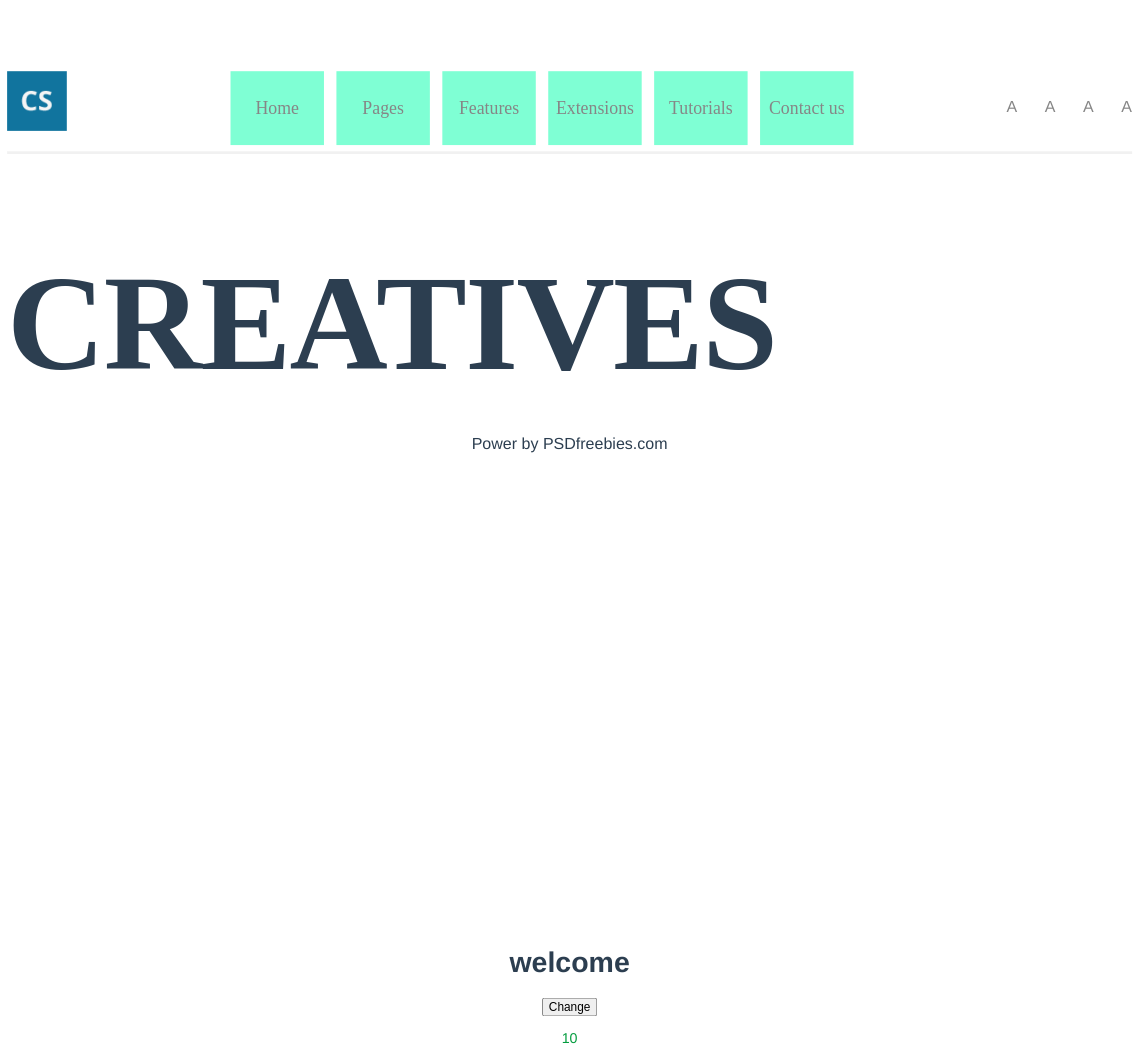
Repository: joker506/Creatives
Page: /
An editor plug-in stored every save of this project. The page is shown before and after the next save, followed by the edit.
The browser window is 1280 px wide. The pictures show the whole page, at 89% of full size.
The project was rebuilt for these pictures with package versions that can differ from the ones it lists, and the page was loaded fresh each time.

Above is the page before, as saved 2020-03-29 18:25:06.

After the next save:
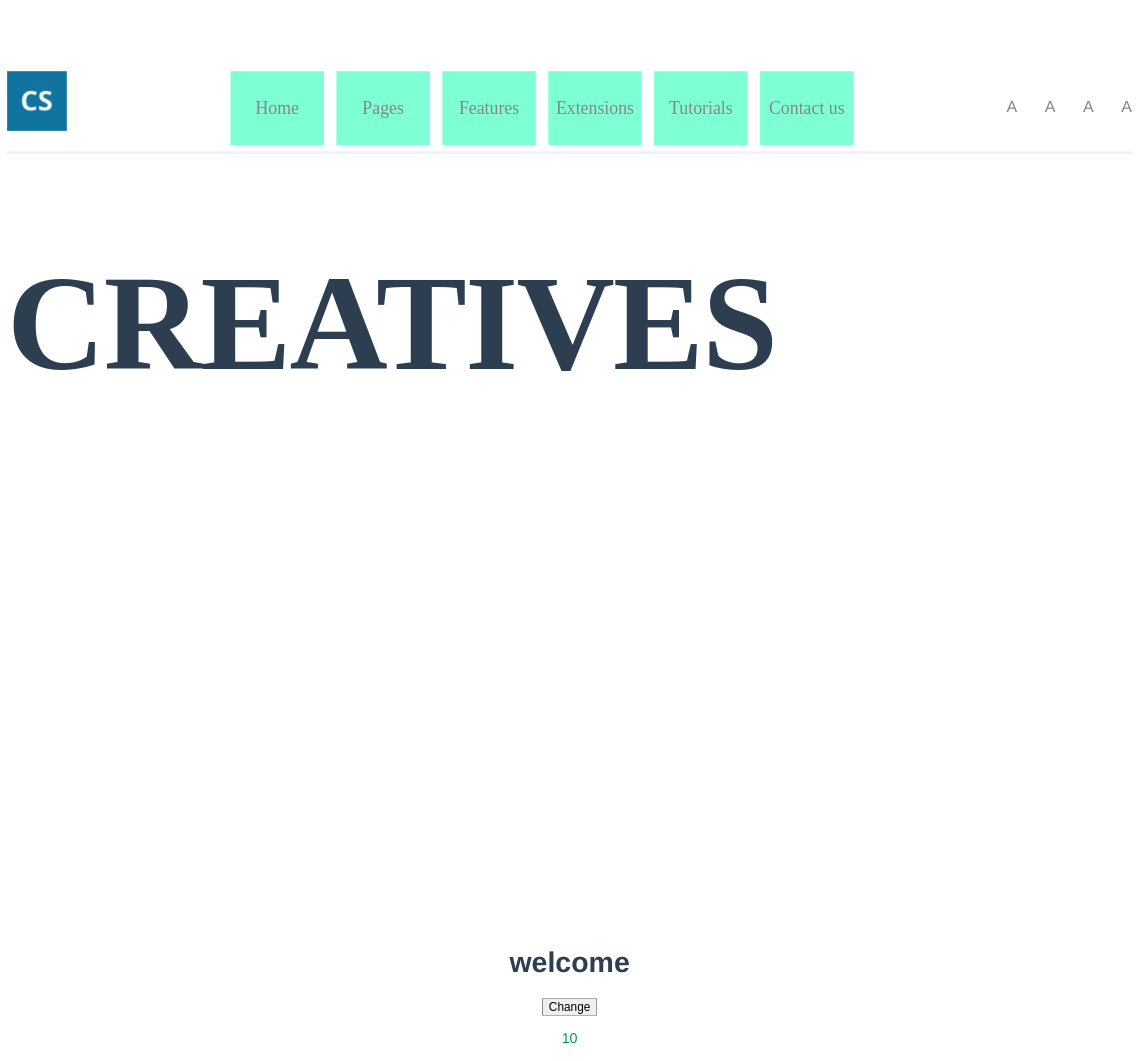
Saved 30 s later.
--- a/src/components/HeaderApp.vue
+++ b/src/components/HeaderApp.vue
@@ -156,4 +156,19 @@ text-transform: uppercase;
 /* Text style for "Creatives" */
 letter-spacing: -1.92px;
 }
+
+.text{
+    /* Style for "Power by P" */
+width: 810px;
+height: 19px;
+opacity: -1;
+color: #11749e;
+font-family: Gotham;
+font-size: 25px;
+font-weight: 500;
+line-height: 51.19px;
+text-transform: uppercase;
+/* Text style for "Power by P" */
+letter-spacing: 7.88px;
+}
 </style>
